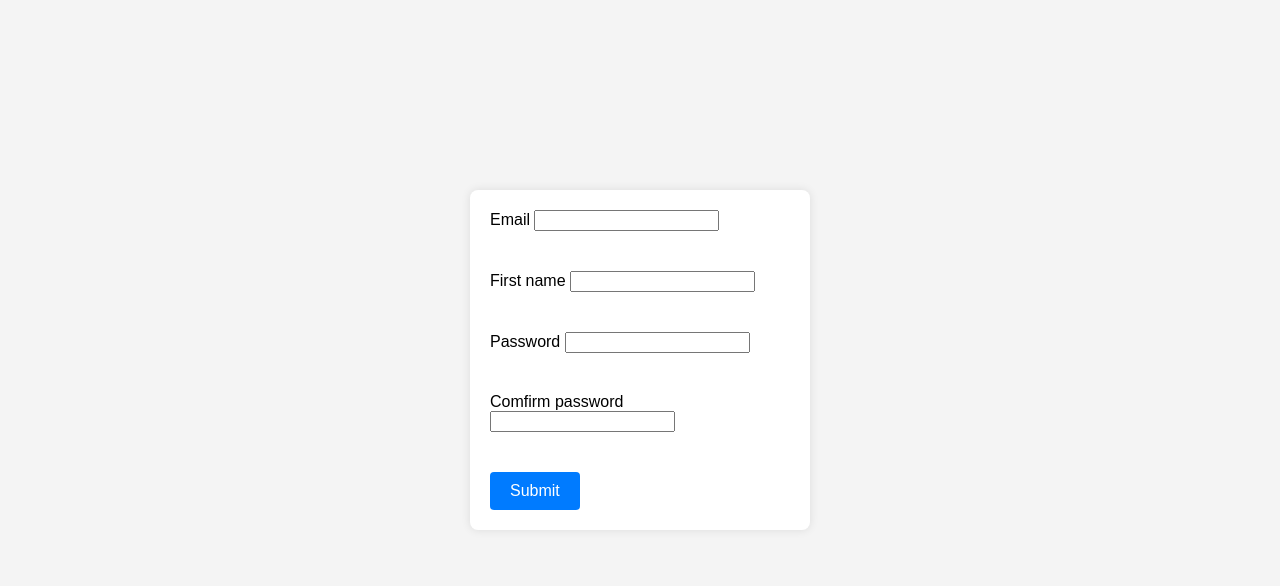
Repository: Ndifoinhilary/authentication
Page: http://localhost/auth/register/
The author's editor kept a copy of each file at every save. The page is drawn from the files as they stood at one save, then again after the next save.
The browser window is 1280 px wide. The pictures show the whole page.
The page is served by the project's application, run on Django 3.2 (manage.py). Other server files are loaded and not shown.

Above is the page before, as saved 2024-01-05 08:27:57.

### Auth/templates/register.html
<!DOCTYPE html>
<html lang="en">

<head>
    <meta charset="UTF-8">
    <meta name="viewport" content="width=device-width, initial-scale=1.0">
    <style>
        body {
            font-family: 'Arial', sans-serif;
            background-color: #f4f4f4;
            margin: 0;
            padding: 0;
            display: flex;
            justify-content: center;
            align-items: center;
            height: 100vh;
        }

        form {
            background-color: #fff;
            padding: 20px;
            border-radius: 8px;
            box-shadow: 0 0 10px rgba(0, 0, 0, 0.1);
            width: 300px;
        }

        .input {
            margin-bottom: 20px;
        }

        .label {
            display: block;
            margin-bottom: 5px;
            font-weight: bold;
        }

        .form-control {
            width: 100%;
            padding: 8px;
            border: 1px solid #ccc;
            border-radius: 4px;
            box-sizing: border-box;
        }

        .mb-4 {
            margin-bottom: 16px;
        }

        .btn {
            background-color: #007bff;
            color: #fff;
            padding: 10px 20px;
            border: none;
            border-radius: 4px;
            cursor: pointer;
            font-size: 16px;
        }

        .btn:hover {
            background-color: #0056b3;
        }
    </style>
</head>

<body>
    <form action="" class="form-border" method="POST">
        {% csrf_token %}
        {% for field in form %}
        <div class="input">
            <label for="formInput#text"> {{field.label}}</label>
            {{field}}
        </div>
        {% endfor %}
        <!-- <div class="input">
            <label class="label" for="password">Password</label>
            <input type="password" name="password" id="password" class="form-control mb-4" placeholder="Password" required>
        </div> -->
        <button type="submit" class="btn">Submit</button>
    </form>
</body>

</html>

### Auth/forms.py
from django import forms
from Auth.models import User


class RegistrationForm(forms.ModelForm):
    password = forms.CharField(min_length=6, widget=forms.PasswordInput)
    comfirm_password = forms.CharField(min_length=6, widget=forms.PasswordInput)

    class Meta:
        model = User
        fields = ["email", "first_name", "password", "comfirm_password"]

    def __init__(self, *args, **kwargs):
        super(RegistrationForm, self).__init__(*args, **kwargs)
        for name, field in self.fields.items():
            field.widget.attrs.update({"class": "input"})

    def clean_comfirm_password(self):
        password = self.cleaned_data.get("password")
        comfirm_password = self.cleaned_data.get("comfirm_password")

        if password != comfirm_password:
            raise forms.ValidationError("Password does not match")
        return password

    def save(self, *args, **kwargs):
        user = super().save(commit=False)
        password = self.cleaned_data.get("password")
        user.set_password(password)
        user.save()
        return user

### Auth/models.py
from django.db import models
from django.contrib.auth.models import (
    AbstractBaseUser,
    PermissionsMixin,
    BaseUserManager,
)


class UserManager(BaseUserManager):
    def create_user(self, email, password=None, **extra_fields):
        email = self.normalize_email(email).lower()
        if not email:
            raise ValueError("email is a required field")
        user = self.model(email, **extra_fields)
        user.set_password(password)
        user.save(using=self._db)
        return user

    def create_superuser(self, email, password=None, **extra_fields):
        extra_fields.setdefault("is_active", True)
        extra_fields.setdefault("is_staff", True)
        extra_fields.setdefault("is_superuser", True)

        if extra_fields.get("is_active") is not True:
            raise ValueError("Super user must be active")

        if extra_fields.get("is_staff") is not True:
            raise ValueError("Super user must be staff")

        if extra_fields.get("is_superuser") is not True:
            raise ValueError("Super user must be superuser")

        return self.create_user(email, password, **extra_fields)


class User(AbstractBaseUser, PermissionsMixin):
    """
    Creating the user model to store the user data
    author: ndifoinhilary@gmail.com
    """

    email = models.EmailField(unique=True)
    first_name = models.CharField(max_length=255)
    last_name = models.CharField(max_length=255)
    is_active = models.BooleanField(default=False)

    # you can add more fields

    objects = UserManager()

    USERNAME_FIELD = "email"  # using the email field for authenticaion then the normal django username field

    REQUIRED_FIELDS = (
        []
    )  # here you can add the fields that are required for authentication like username , firstname or any field you wish

### Auth/views.py
# pylint: disable=unused-argument
from django.shortcuts import render, redirect
from django.contrib import messages
from django.contrib.auth import authenticate, login
from Auth.forms import RegistrationForm

# Create your views here.


def homePage(request):
    user = request.user
    return render(request, "home.html", {"user": user})


def registerUser(request):
    form = RegistrationForm()

    if request.method == "POST":
        form = RegistrationForm(request.POST)
        if form.is_valid():
            user = form.save(commit=False)
            user.email = user.email.lower()
            user.save()

            messages.success(request, "Your account has been created successfully")

            if user is not None:
                login(request, user)
                return redirect("home")
        else:
            messages.error(request, "Check your credentials and try again")
    return render(request, "register.html", {"form": form})


def loginUser(request):
    return render(request, "login.html")


def logoutUser(request):
    pass

### authentication/urls.py
from django.contrib import admin
from django.urls import path, include
from django.conf import settings
from django.conf.urls.static import static

urlpatterns = [path("admin/", admin.site.urls), path("", include("Auth.urls"))]


urlpatterns += static(settings.MEDIA_URL, document_root=settings.MEDIA_ROOT)
urlpatterns += static(settings.STATIC_URL, document_root=settings.MEDIA_ROOT)

### Auth/urls.py
# pylint: disable=trailing-whitespace
from django.urls import path

from . import views


urlpatterns = [
    path("", views.homePage, name="home"),
    path("auth/login/", views.loginUser, name="login"),
    path("auth/register/", views.registerUser, name="register"),
    path("auth/logout/", views.logoutUser, name="logout"),
]

After the next save:
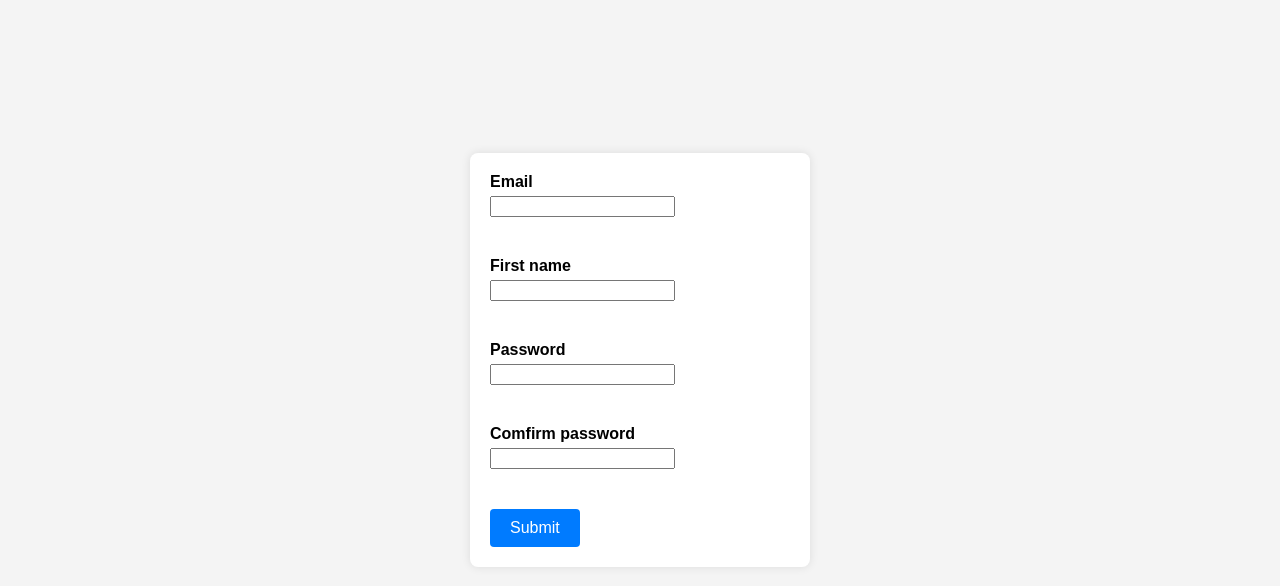
Saved 73 s later.
--- a/Auth/templates/register.html
+++ b/Auth/templates/register.html
@@ -67,7 +67,7 @@
         {% csrf_token %}
         {% for field in form %}
         <div class="input">
-            <label for="formInput#text"> {{field.label}}</label>
+            <label for="formInput#text" class="label"> {{field.label}}</label>
             {{field}}
         </div>
         {% endfor %}
